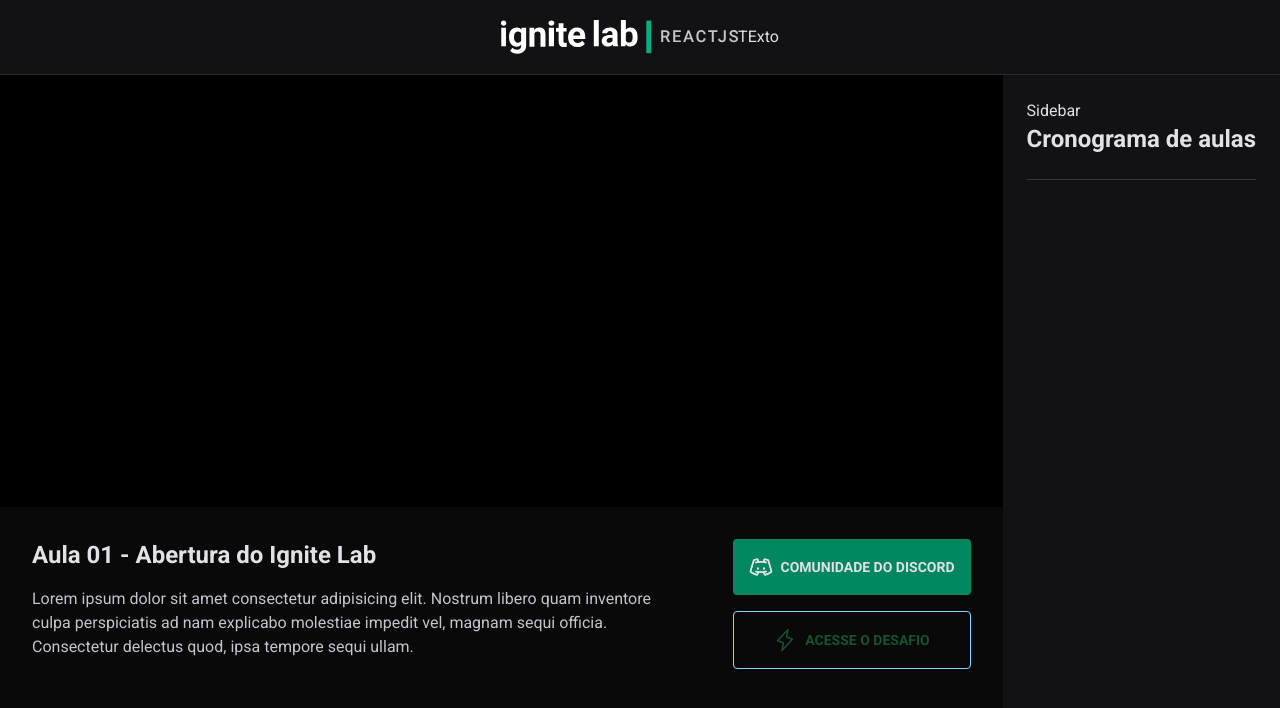
Repository: weltergab/Event_Plataform-IgniteLab
Page: /
These files come from the project's save history. The page is drawn as it stood at one moment and after the next save; the edit follows.
The browser window is 1280 px wide. The pictures show the whole page.
The page's requests for data from a server got no answer. The project was rebuilt for these pictures with package versions that can differ from the ones it lists, and the page was loaded fresh each time. No one was signed in, and anything a server would have sent is missing. Also part of the build but not shown: vite.config.ts, src/components/Lesson.tsx.

Above is the page before, as saved 2022-06-25 20:21:42.

### index.html
<!DOCTYPE html>
<html lang="en">

<head>
  <meta charset="UTF-8" />
  <link rel="icon" type="image/svg+xml" href="/src/favicon.svg" />
  <meta name="viewport" content="width=device-width, initial-scale=1.0" />

  <link rel="preconnect" href="https://fonts.googleapis.com" />
  <link rel="preconnect" href="https://fonts.gstatic.com" crossorigin />
  <link href="https://fonts.googleapis.com/css2?family=Roboto:wght@400;500;700&display=swap" rel="stylesheet" />

  <title>Event Plataform</title>
</head>

<body>
  <div id="root"></div>
  <script type="module" src="/src/main.tsx"></script>
</body>

</html>

### src/main.tsx
import { ApolloProvider } from '@apollo/client'
import React from 'react'
import ReactDOM from 'react-dom/client'
import App from './App'
import { client } from './lib/apollo';

import './styles/global.css'

ReactDOM.createRoot(document.getElementById('root')!).render(
  <ApolloProvider client={client}>
    <React.StrictMode>
    <App />
    </React.StrictMode>
  </ApolloProvider>

)

### src/App.tsx
import { gql, useQuery } from '@apollo/client'
import { useState } from 'react'

import { Event } from './pages/Event'


const GET_LESSONS_QUERY = gql`
  query {
    lessons {
      id
      title
    }

  }
`




function App() {
  const { data } = useQuery(GET_LESSONS_QUERY)

  console.log(data);





  const [count, setCount] = useState(0)

  return (
    <div className="All">
      <Event />
    </div>

  )
}

export default App

### src/lib/apollo.ts
import { ApolloClient, InMemoryCache } from "@apollo/client";

export const client = new ApolloClient({
    uri: 'https://api-sa-east-1.graphcms.com/v2/cl4pywx0h2kp101xtf4npbpzl/master',
    cache: new InMemoryCache()
})

### src/pages/Event.tsx
import { Header } from "../components/Header";
import { Sidebar } from "../components/Sidebar";
import { Video } from "../components/Video";

export function Event() {
    return (
        <div className="flex flex-col min-h-screen">
            <Header />
            <main className="flex flex-1">
                <Video />
                <Sidebar />
            </main>
        </div>
    )
}

### src/components/Header.tsx
import { Logo } from "./Logo";

export function Header(){
    return (
        <header className="w-full py-5 flex items-center justify-center bg-gray-700 border-b border-gray-600">
            <Logo />
            TExto
        </header>
    )
}

### src/components/Sidebar.tsx
import { gql, useQuery } from '@apollo/client'
import { Lesson } from "./Lesson";

const GET_LESSONS_QUERY = gql`
    query {
        lessons(orderBy: availableAt_ASC, stage: PUBLISHED){
            id
            lessonType
            availableAt
            title
            slug
        }
    }
`

interface GetLessonsQueryResponse {
    lessons: Array<{
        id: string
        title: string
        slug: string
        availableAt: string
        lessonType: 'live' | 'class'
    }>
}

export function Sidebar() {
    const { data } = useQuery<GetLessonsQueryResponse>(GET_LESSONS_QUERY)

    return (
        <aside className="w-[348] bg-gray-700 p-6 border-1 border-gray-600">
            <h1>Sidebar</h1>
            <span className="font-bold text-2xl pb-6 mb-6 border-b border-gray-500 block">
                Cronograma de aulas
            </span>
            <div className="flex flex-col gab-8">
                {data?.lessons.map(lesson => {
                    return (
                <Lesson
                    key={lesson.id}
                    title={lesson.title}
                    slug={lesson.slug}
                    availableAt={new Date(lesson.availableAt)}
                    type={lesson.lessonType}
                />
                )
                })}
            </div>
        </aside>
    )
}

### src/components/Video.tsx
import { DiscordLogo, Lightning } from "phosphor-react";

export function Video() {
    return (
        <div className="flex-1">
            <div className="bg-black">
                <div className="h-full w-full max-w-[1100px] max-h-[60vh] aspect-video"></div>
            </div>
            <div className="p-8 max-w-[1100px] mx-auto">
                <div className="flex items-start gap-16">
                    <div className="flex-1">
                        <h1 className="text-2xl font-bold">
                            Aula 01 - Abertura do Ignite Lab
                        </h1>
                        <p className="mt-4 text-gray-200">
                            Lorem ipsum dolor sit amet consectetur adipisicing elit. Nostrum libero quam inventore culpa perspiciatis ad nam explicabo molestiae impedit vel, magnam sequi officia. Consectetur delectus quod, ipsa tempore sequi ullam.
                        </p>
                    </div>
                    <div className="flex flex-col gap-4">
                        <a href="" className="p-4 text-sm bg-green-500 flex items-center rounded font-bold uppercase gap-2 justify-center hover:bg-green-700 transition-colors">
                            <DiscordLogo size={24}/>
                            Comunidade do discord
                        </a>
                        <a href="" className="p-4 text-sm border border-blue-500 text-blue-500 flex items-center rounded font-bold uppercase gap-2 justify-center hover:bg-blue-500 text-green-900 transition-colors">
                            <Lightning size={24}/>
                            Acesse o desafio
                        </a>
                    </div>
                </div>

                <div></div>
            </div>
        </div>
    )
}

### src/components/Logo.tsx
export function Logo() {
  return (
    <svg
      xmlns="http://www.w3.org/2000/svg"
      width="237"
      height="34"
      fill="none"
      viewBox="0 0 237 34"
    >
      <path
        fill="#fff"
        d="M.002 3.112a2.49 2.49 0 01.165-.987c.12-.314.304-.595.535-.83A2.906 2.906 0 012.615.572c.698 0 1.374.257 1.912.723.23.24.412.524.536.837a2.701 2.701 0 010 1.979 2.568 2.568 0 01-.536.837 2.889 2.889 0 01-1.907.723 2.901 2.901 0 01-1.908-.723 2.458 2.458 0 01-.538-.84 2.645 2.645 0 01-.172-.996zm4.96 23.146H.273V7.862h4.689v18.397zM8.012 16.973c0-2.853.686-5.145 2.055-6.883a6.653 6.653 0 015.528-2.606 5.869 5.869 0 014.802 2.09l.2-1.751h4.538v17.95a7.891 7.891 0 01-1.12 4.246 7.243 7.243 0 01-3.147 2.752 11.155 11.155 0 01-4.742.94c-1.378 0-2.74-.279-4.008-.812a7.08 7.08 0 01-2.946-2.11l2.208-3.02a5.905 5.905 0 004.543 2.08 4.356 4.356 0 003.104-1.059 3.938 3.938 0 001.103-2.993v-.994a5.775 5.775 0 01-4.555 1.935 6.647 6.647 0 01-3.05-.652 6.615 6.615 0 01-2.408-1.967c-1.397-1.752-2.085-4.089-2.085-6.942v-.21h-.025l.005.006zm4.997.355a6.723 6.723 0 001.026 3.956 3.233 3.233 0 002.799 1.443c.651.045 1.3-.088 1.878-.39a3.52 3.52 0 001.396-1.305v-7.825a3.448 3.448 0 00-1.374-1.305 3.504 3.504 0 00-1.86-.39 3.28 3.28 0 00-1.61.365 3.22 3.22 0 00-1.219 1.103c-.688.975-1.036 2.418-1.036 4.348zM33.098 7.833l.158 2.196a6.527 6.527 0 012.371-1.927 6.38 6.38 0 012.971-.62c1.97 0 3.438.597 4.39 1.79.953 1.194 1.456 2.936 1.486 5.293v12.249h-4.962V14.683a3.367 3.367 0 00-.684-2.344 3.086 3.086 0 00-1.069-.598 3.008 3.008 0 00-1.211-.13 3.349 3.349 0 00-1.821.454c-.553.32-1.01.794-1.313 1.367v13.37H28.45V7.845l4.647-.012zM47.512 3.112a2.304 2.304 0 01.185-.988 2.42 2.42 0 01.59-.831A3.439 3.439 0 0150.404.57c.772 0 1.52.256 2.117.723.508.486.792 1.142.792 1.826 0 .683-.284 1.34-.792 1.826a3.417 3.417 0 01-2.11.723c-.77 0-1.517-.257-2.11-.723a2.47 2.47 0 01-.594-.839 2.342 2.342 0 01-.19-.994h-.005zm5.483 23.149h-5.18V7.86h5.18v18.4zM62.454 3.334v4.612h3.107v3.677h-3.107v9.382c-.05.53.091 1.063.395 1.495a1.824 1.824 0 001.473.45c.476.002.95-.035 1.421-.114v3.803a9.672 9.672 0 01-2.939.449c-3.398 0-5.128-1.775-5.19-5.32V11.644h-2.642V7.968h2.643V3.356h4.841v-.025l-.002.003zM76.487 27.08a9.277 9.277 0 01-6.759-2.55c-1.74-1.699-2.605-3.957-2.605-6.797v-.494a11.295 11.295 0 011.098-5.08 8.141 8.141 0 013.111-3.465 8.72 8.72 0 014.59-1.22c2.577 0 4.62.815 6.098 2.449 1.478 1.633 2.226 3.94 2.226 6.929v2.055h-12.01a4.665 4.665 0 001.473 2.971 4.487 4.487 0 003.111 1.111 5.426 5.426 0 004.548-2.115l2.476 2.781a7.506 7.506 0 01-3.07 2.507 9.81 9.81 0 01-4.287.916v.002zm-.594-15.514a3.127 3.127 0 00-2.428 1.012 5.405 5.405 0 00-1.188 2.912h7.006v-.405a3.749 3.749 0 00-.908-2.608 3.252 3.252 0 00-2.45-.908h-.03l-.002-.003zM97.771 26.259h-4.957V0h4.957V26.26zM112.209 26.259c-.227-.444-.392-.997-.496-1.659-1.196 1.333-2.751 2.002-4.666 2.002-1.811 0-3.314-.523-4.504-1.572-1.191-1.049-1.786-2.372-1.786-3.966 0-1.96.725-3.464 2.179-4.513 1.453-1.049 3.553-1.58 6.3-1.59h2.273v-1.06c0-.854-.22-1.54-.659-2.051-.44-.513-1.131-.77-2.078-.77-.832 0-1.486.2-1.957.6-.474.4-.708.945-.708 1.64h-4.941c0-1.07.331-2.062.992-2.973.662-.91 1.597-1.626 2.804-2.144 1.206-.518 2.564-.778 4.069-.778 2.28 0 4.089.573 5.429 1.718 1.34 1.145 2.009 2.756 2.009 4.83v8.017c.012 1.754.256 3.082.735 3.983v.29h-4.992l-.003-.004zm-4.086-3.435c.728 0 1.402-.163 2.016-.486.614-.326 1.071-.76 1.367-1.308v-3.181h-1.846c-2.472 0-3.79.854-3.948 2.564l-.017.291c0 .614.217 1.123.649 1.523.434.4 1.026.6 1.779.6v-.003zM136.58 17.183c0 2.963-.632 5.273-1.898 6.931-1.265 1.659-3.032 2.488-5.3 2.488-2.006 0-3.608-.77-4.805-2.308l-.222 1.967h-4.444V.001h4.94v9.418c1.14-1.332 2.638-2 4.496-2 2.256 0 4.025.828 5.308 2.487 1.283 1.658 1.923 3.992 1.923 7v.274l.002.003zm-4.94-.358c0-1.868-.296-3.233-.889-4.094-.592-.861-1.475-1.29-2.65-1.29-1.572 0-2.655.643-3.247 1.932v7.299c.604 1.298 1.697 1.95 3.282 1.95 1.584 0 2.643-.788 3.146-2.36.239-.752.358-1.897.358-3.437z"
      ></path>
      <path
        fill="#C4C4CC"
        d="M164.51 17.501h-2.283v4.53h-2.048v-11.78h4.143c1.36 0 2.408.306 3.149.915.74.61 1.108 1.493 1.108 2.648 0 .787-.19 1.449-.57 1.98-.38.532-.911.94-1.59 1.226l2.646 4.906v.106h-2.194l-2.364-4.531h.003zm-2.283-1.65h2.105c.691 0 1.229-.176 1.619-.524.39-.348.582-.824.582-1.429 0-.604-.18-1.12-.538-1.466-.358-.345-.893-.523-1.606-.533h-2.162V15.85zM179.066 16.773h-4.839v3.625h5.656v1.634h-7.704V10.25h7.648v1.65h-5.6v3.253h4.839v1.62zM189.803 19.29h-4.565l-.955 2.744h-2.127l4.452-11.783h1.836l4.459 11.783h-2.137l-.963-2.744zm-3.99-1.65h3.415l-1.707-4.89-1.708 4.89zM204.716 18.197c-.119 1.256-.583 2.238-1.392 2.941-.81.703-1.885 1.056-3.228 1.056-.938 0-1.764-.222-2.48-.668-.715-.445-1.266-1.079-1.656-1.898-.387-.82-.589-1.772-.607-2.858v-1.1c0-1.11.198-2.09.59-2.937.392-.846.96-1.5 1.695-1.96.736-.458 1.587-.688 2.554-.688 1.301 0 2.347.353 3.139 1.057.792.703 1.254 1.7 1.385 2.99h-2.039c-.096-.846-.343-1.458-.74-1.833-.397-.375-.977-.563-1.745-.563-.89 0-1.574.326-2.05.977-.479.652-.721 1.605-.733 2.863v1.044c0 1.273.227 2.245.683 2.917.457.668 1.123 1.004 2.004 1.004.805 0 1.409-.18 1.814-.543.405-.363.661-.962.77-1.804h2.038l-.002.003zM216.481 11.902h-3.674v10.132h-2.031V11.902h-3.642V10.25h9.347v1.65zM222.759 10.251h2.039v8.262c0 1.127-.353 2.023-1.057 2.687-.703.664-1.633.995-2.788.995-1.229 0-2.179-.311-2.848-.93-.669-.62-1.004-1.484-1.004-2.59h2.038c0 .627.156 1.096.467 1.412.31.316.76.474 1.347.474.55 0 .989-.183 1.315-.545.326-.366.489-.867.489-1.51V10.25h.002zM234.952 18.999c0-.518-.183-.918-.545-1.197-.363-.279-1.022-.563-1.972-.849-.95-.286-1.705-.604-2.265-.955-1.074-.674-1.612-1.555-1.612-2.638 0-.95.388-1.732 1.163-2.347.774-.614 1.779-.922 3.015-.922.819 0 1.55.15 2.194.454a3.597 3.597 0 011.513 1.29c.367.558.55 1.177.55 1.858h-2.038c0-.614-.193-1.095-.578-1.443-.385-.348-.938-.524-1.656-.524-.668 0-1.189.144-1.557.43-.37.286-.555.686-.555 1.197 0 .432.2.792.6 1.08.399.29 1.056.57 1.974.842.918.271 1.653.582 2.208.93.556.348.963.748 1.222 1.197.259.452.387.977.387 1.582 0 .982-.375 1.762-1.127 2.342-.753.58-1.775.87-3.063.87a5.755 5.755 0 01-2.352-.473c-.715-.316-1.27-.75-1.668-1.308-.397-.555-.594-1.204-.594-1.942h2.048c0 .669.222 1.187.664 1.555.441.367 1.075.55 1.902.55.713 0 1.246-.143 1.607-.432.357-.288.538-.671.538-1.145l-.003-.002z"
      ></path>
      <path fill="#00B37E" d="M150.271 33.146h-4.958V.57h4.958v32.576z"></path>
    </svg>
  );
}

Loaded but not shown: src/styles/global.css (common file); tailwind.config.js (common file)

After the next save:
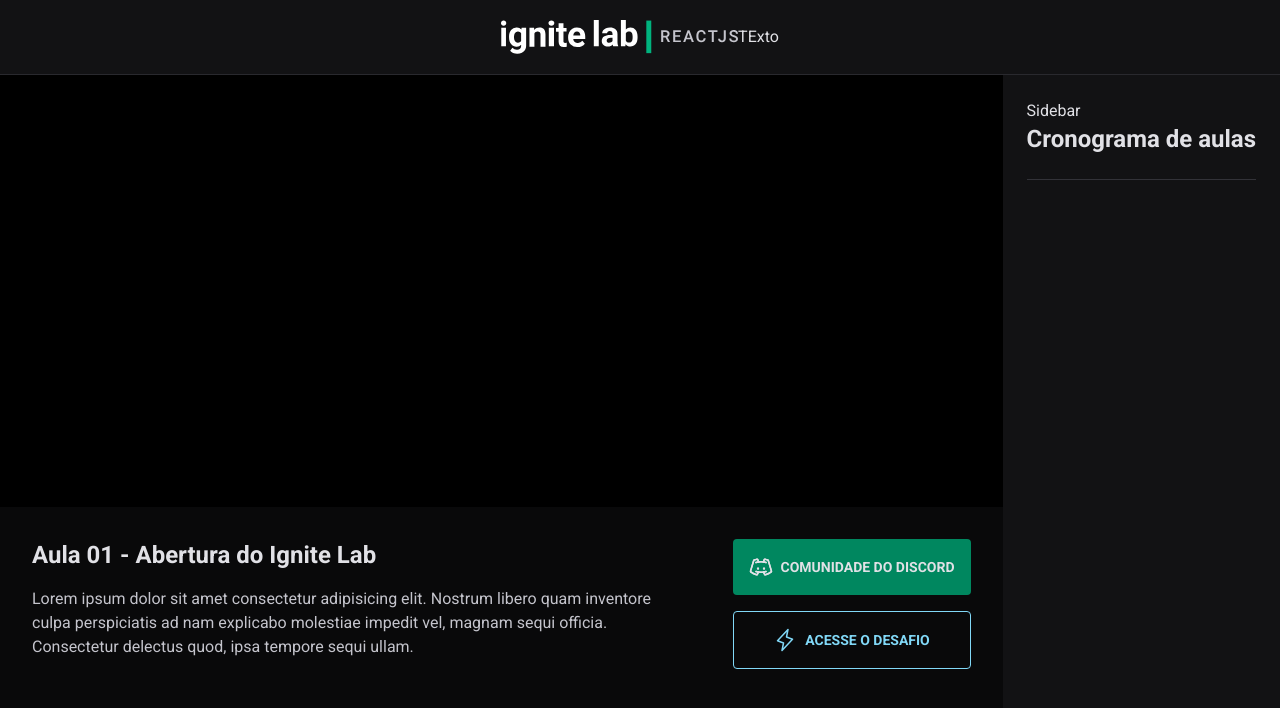
Saved 65 s later.
--- a/src/components/Video.tsx
+++ b/src/components/Video.tsx
@@ -21,7 +21,7 @@
                             <DiscordLogo size={24}/>
                             Comunidade do discord
                         </a>
-                        <a href="" className="p-4 text-sm border border-blue-500 text-blue-500 flex items-center rounded font-bold uppercase gap-2 justify-center hover:bg-blue-500 text-green-900 transition-colors">
+                        <a href="" className="p-4 text-sm border border-blue-500 text-blue-500 flex items-center rounded font-bold uppercase gap-2 justify-center hover:bg-blue-500 hover:text-green-900 transition-colors">
                             <Lightning size={24}/>
                             Acesse o desafio
                         </a>
